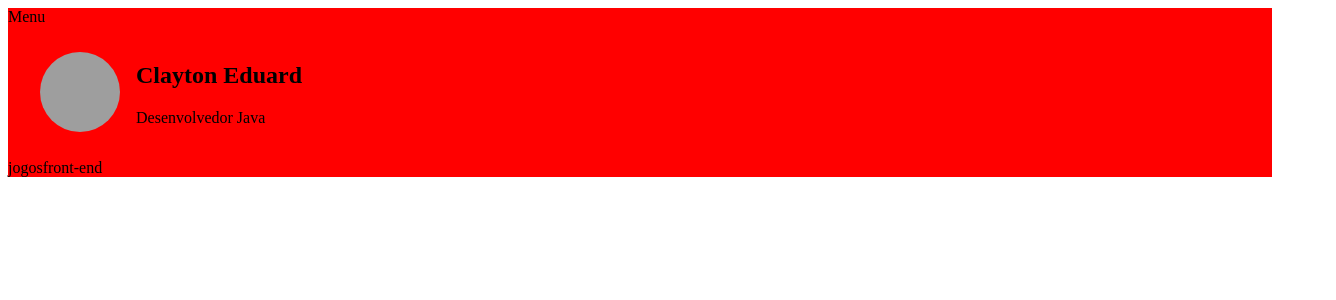
Repository: ClaytonEduard/imersaoaluratube
Page: /
These files come from the project's save history. The page is drawn as it stood at one moment and after a run of saves; the edit follows.
The browser window is 1280 px wide. The page is 1336 px wide, so the pictures cover 1336 px, including what lies to the right of the window. The pictures show the whole page.
Pictures or frames that could not be fetched are drawn as grey boxes. The project was rebuilt for these pictures with package versions that can differ from the ones it lists, and the page was loaded fresh each time. The framework's server and built-in components were replaced by stand-ins that run in the browser. Also part of the build but not shown: next.config.js.

Above is the page before, as saved 2022-11-11 08:30:13.

After the next 4 saves:
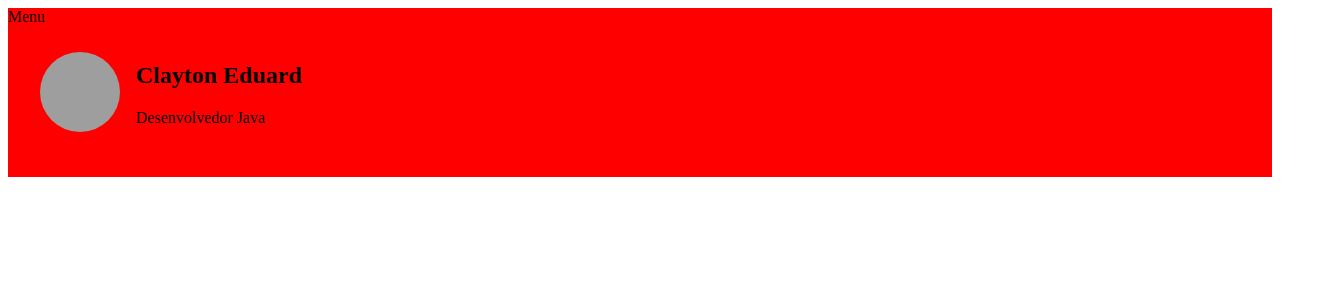
The 4 saves are shown as one change because 3 did not build or start.
The last was saved 3 min 46 s later.
--- a/pages/index.js
+++ b/pages/index.js
@@ -57,7 +57,13 @@ function TimeLine (props) {
       {playlistNames.map(playlistName => {
         const videos = props.playlists[playlistName]
         console.log(videos)
-        return playlistName
+        return videos.map(() => {
+          return (
+            <a>
+              <img src='' />
+            </a>
+          )
+        })
       })}
     </div>
   )
